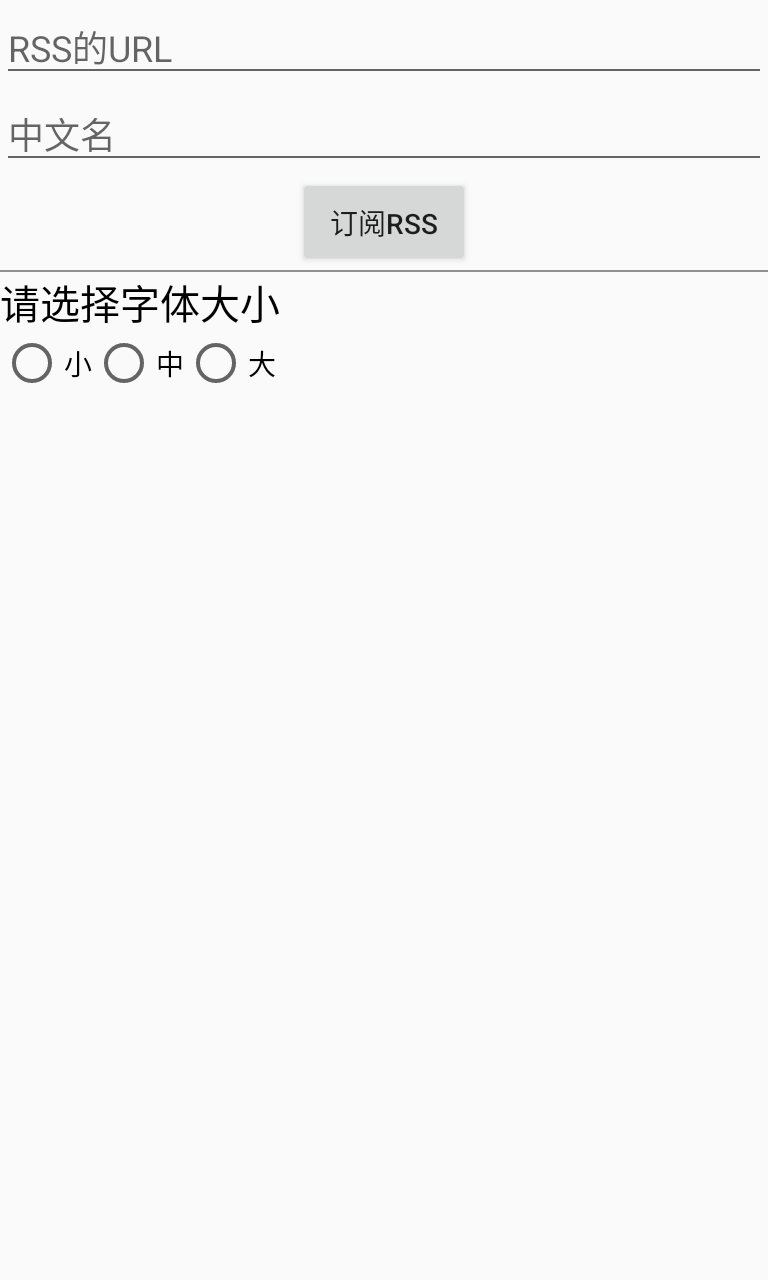
Repository: xdrush/MyRssReader
Layout: MyRssReader/res/layout/description_show.xml
The author's editor kept a copy of each file at every save. The layout is drawn from the files as they stood at one save, then again after the next save.
It is drawn on a 768 x 1280 px phone screen (xhdpi) without system bars, with theme AppTheme; the app's code is not run.

Above is the layout before, as saved 2015-07-29 10:31:15.

### MyRssReader/res/layout/description_show.xml
<?xml version="1.0" encoding="utf-8"?>
<LinearLayout xmlns:android="http://schemas.android.com/apk/res/android"
    android:layout_width="wrap_content"
    android:layout_height="wrap_content"
    android:orientation="vertical" >

    <LinearLayout
        android:layout_width="fill_parent"
        android:layout_height="wrap_content"
        android:gravity="center"
        android:orientation="vertical" >

        <EditText
            android:id="@+id/description_rss"
            android:layout_height="fill_parent"
            android:layout_width="fill_parent"
            android:hint="RSS的URL"
            />

        <EditText
            android:id="@+id/description_name"
            android:layout_height="fill_parent"
            android:layout_width="fill_parent"
            android:hint="中文名"
            />

        <Button
    		android:id="@+id/description_btn"
    		android:layout_height="wrap_content"
    		android:layout_width="wrap_content"
    		android:text="订阅RSS" />
    </LinearLayout>

    <View
        android:layout_width="fill_parent"
        android:layout_height="1dip"
        android:background="#FF909090" />

    <LinearLayout
    	android:orientation="vertical"
        android:layout_width="fill_parent"
        android:layout_height="wrap_content"
        android:gravity="left" >

        <TextView
        	android:id="@+id/show_tips"
      		android:layout_width="fill_parent"
      		android:layout_height="wrap_content"
     		android:text="请选择字体大小"
     		android:textSize="9pt"
     		android:textColor="#000000" />

		<RadioGroup
			android:id="@+id/text_size"
			android:layout_height="wrap_content"
			android:layout_width="fill_parent"
			android:orientation="horizontal" >

			<RadioButton
                android:id="@+id/text_small"
                android:layout_height="wrap_content"
                android:layout_width="wrap_content"
                android:text="小" ></RadioButton>
            <RadioButton
                android:id="@+id/text_medium"
                android:layout_height="wrap_content"
                android:layout_width="wrap_content"
                android:text="中" ></RadioButton>
            <RadioButton
                android:id="@+id/text_big"
                android:layout_height="wrap_content"
                android:layout_width="wrap_content"
                android:text="大" ></RadioButton>
		</RadioGroup>
    </LinearLayout>

</LinearLayout>

Loaded but not shown: MyRssReader/res/values/styles.xml (common file); MyRssReader/res/values-v11/styles.xml (common file); MyRssReader/res/values-v14/styles.xml (common file)

After the next save:
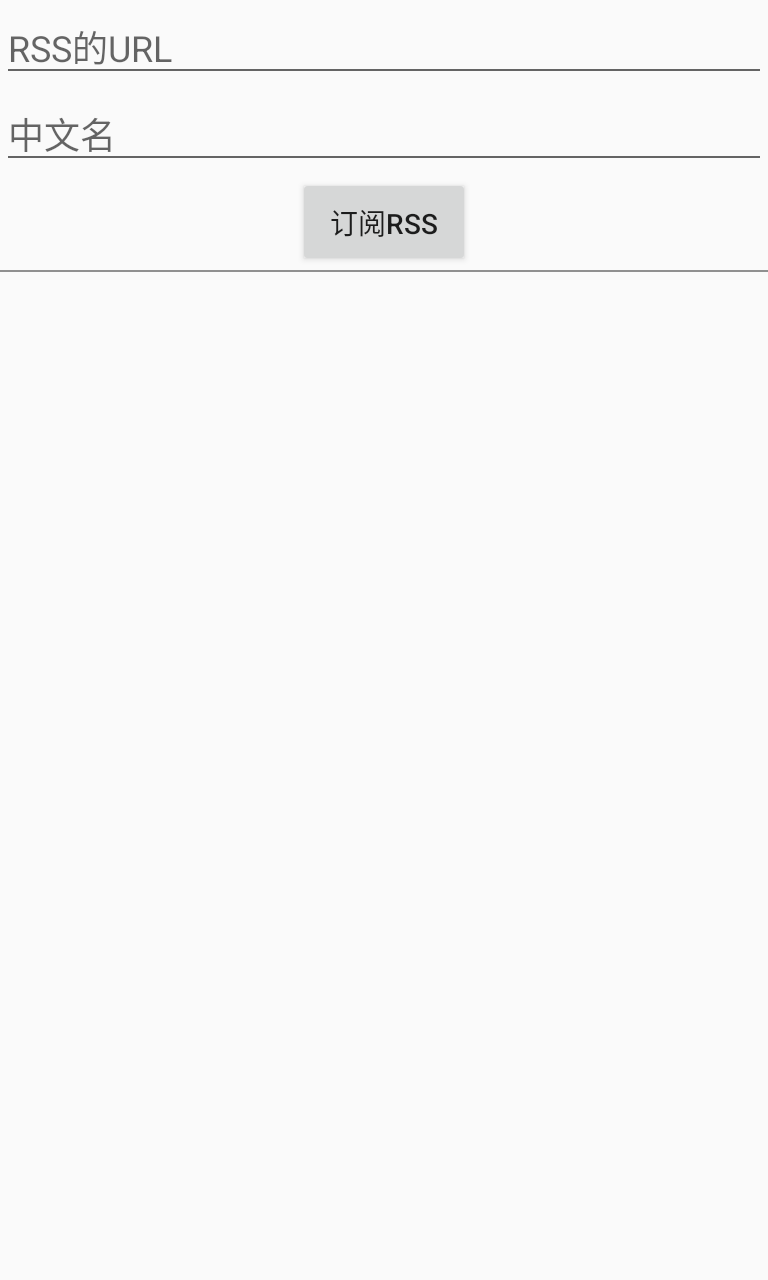
Saved 41 min 53 s later.
--- a/MyRssReader/res/layout/description_show.xml
+++ b/MyRssReader/res/layout/description_show.xml
@@ -36,42 +36,5 @@
         android:layout_height="1dip"
         android:background="#FF909090" />
 
-    <LinearLayout
-    	android:orientation="vertical"
-        android:layout_width="fill_parent"
-        android:layout_height="wrap_content"
-        android:gravity="left" >
-
-        <TextView
-        	android:id="@+id/show_tips"
-      		android:layout_width="fill_parent"
-      		android:layout_height="wrap_content"
-     		android:text="请选择字体大小"
-     		android:textSize="9pt"
-     		android:textColor="#000000" />
-
-		<RadioGroup
-			android:id="@+id/text_size"
-			android:layout_height="wrap_content"
-			android:layout_width="fill_parent"
-			android:orientation="horizontal" >
-
-			<RadioButton
-                android:id="@+id/text_small"
-                android:layout_height="wrap_content"
-                android:layout_width="wrap_content"
-                android:text="小" ></RadioButton>
-            <RadioButton
-                android:id="@+id/text_medium"
-                android:layout_height="wrap_content"
-                android:layout_width="wrap_content"
-                android:text="中" ></RadioButton>
-            <RadioButton
-                android:id="@+id/text_big"
-                android:layout_height="wrap_content"
-                android:layout_width="wrap_content"
-                android:text="大" ></RadioButton>
-		</RadioGroup>
-    </LinearLayout>
 
 </LinearLayout>
